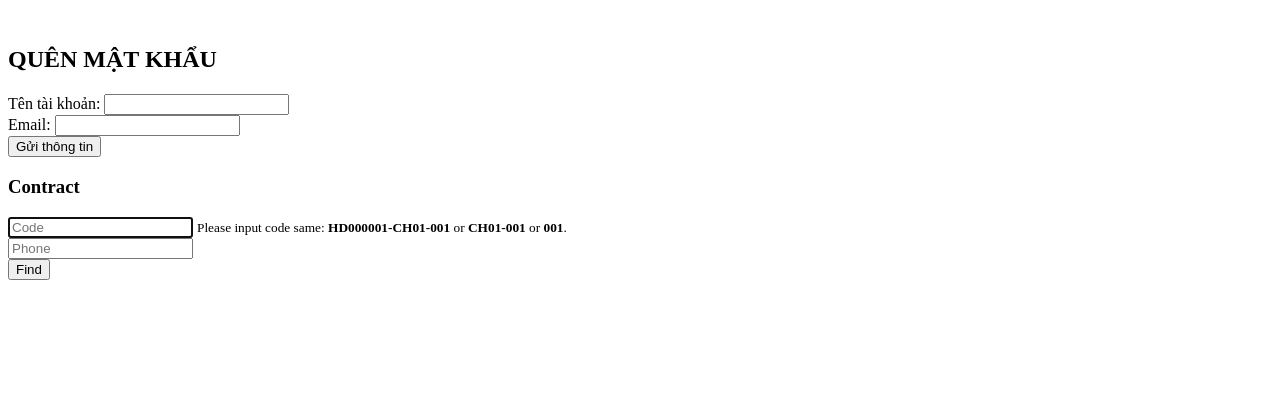
Repository: nguyengiabao245/NHOM3_C2
Page: http://localhost/DoAnJava/WEB-INF/views/account/forgot.jsp
An editor plug-in stored every save of this project. The page is shown before and after the next save, followed by the edit.
The browser window is 1280 px wide. The pictures show the whole page.
The page is served by Tomcat 9. Nobody is signed in. The template is opened directly, without the code that normally fills it, so the values that code supplies are empty.

Above is the page before, as saved 2022-05-15 11:26:55.

After the next save:
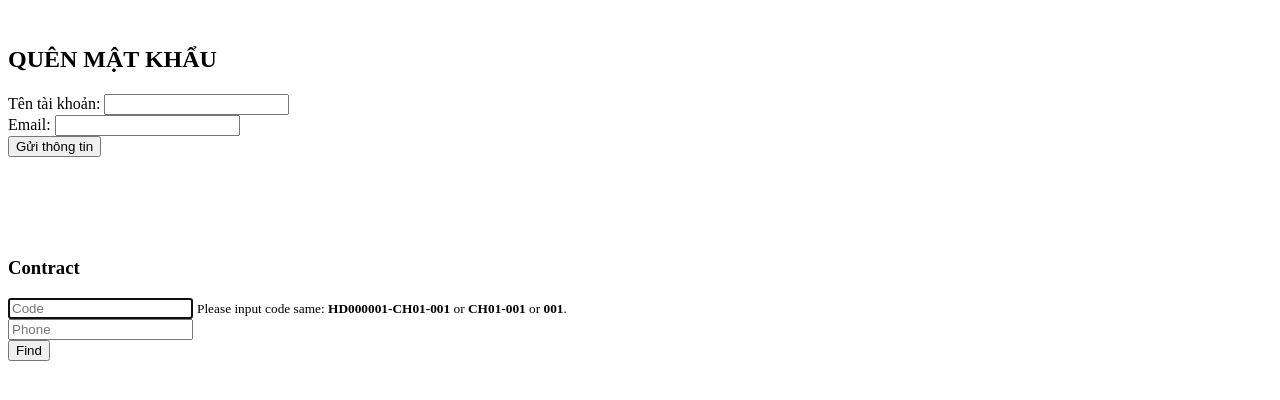
Saved 19 s later.
--- a/DoAnJava/src/main/webapp/WEB-INF/views/account/forgot.jsp
+++ b/DoAnJava/src/main/webapp/WEB-INF/views/account/forgot.jsp
@@ -21,7 +21,7 @@
 
 
 
-<div id="container">
+<div id="container" style="margin-top:100px;background-color:#FFFFFF !important">
             <div class="container">
         <div class="row mgT-30">
             <div class="col-md-3">
